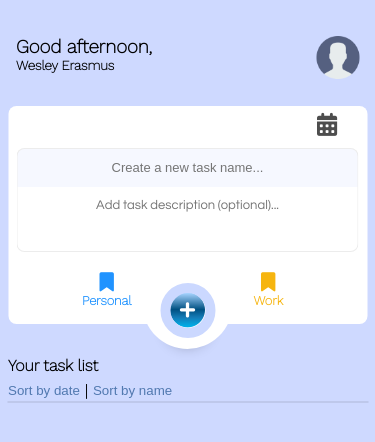
Repository: WesleyErasmus/Todo-App
Page: todoApp.html
The author's editor kept a copy of each file at every save. The page is drawn from the files as they stood at one save, then again after the next save.
The browser window is 375 px wide. The pictures show the whole page.
Some web libraries are served in a nearby version.

Above is the page before, as saved 2022-06-25 12:30:32.

### todoApp.html
<!DOCTYPE html>
<html lang="en">

<head>
    <meta charset="UTF-8">
    <meta http-equiv="X-UA-Compatible" content="IE=edge">
    <meta name="viewport" content="width=device-width, initial-scale=1.0">
    <title>Todo App</title>
    <script src="https://kit.fontawesome.com/81ea498f91.js" crossorigin="anonymous"></script>
    <link rel="stylesheet" href="/source/css/todoApp.css">
    <script src="/source/script/todoApp.js" defer></script>
</head>

<body>
    <!-- App wrapper -->
    <main class="app-wrapper">
        <!-- App header -->
        <header>
            <!-- Greeting and Name -->
            <div class="app-heading">
                <h3>Good afternoon, </h3>
                <h5>Wesley Erasmus</h5>
            </div>
            <!-- Profile picture -->
            <div id="profile-picture">
                <img src="/images/user.png" alt="" style="width: 43px;">
            </div>
        </header>

        <!-- Categories section -->
        <section>
            <form id="task-list-form">
                <div class="create-submit">
                    <span class="error-validation-message">Please enter a task title</span>
                    <!-- Task title input -->
                    <input type="text" name="title" id="title" placeholder="Create a new task name..." />
                    <!-- task description textarea -->
                    <textarea name="description" id="description" cols="30" rows="3" placeholder="Add task description (optional)..."></textarea>
                    <!-- Due date calendar icon -->
                    <span class="datePicker-toggle">
                        <span class="datePicker-toggle-button"></span>
                        <input type="date" name="date" class="datePicker-input">
                        <i class="fa-solid fa-calendar-days"></i>
                    </span>
                    <!-- Calendar tooltip message -->
                    <span class="calendar-tooltip">Add a due date</span>

                    <!-- task submit button -->
                    <button id="add-task-btn" type="submit" value="create-new-task">
                        <!-- add task button -->
                        <i class="fa-solid fa-circle-plus"></i>
                    </button>
                    <div class="circle"></div>
                </div>

                <!-- Categories -->
                <div class="category-selectors">
                    <!-- Personal category -->
                    <label class="personal-category-btn">
                        <input type="radio" name="category" value="Personal" class="personal-category"
                            id="personal-category" checked />
                        <i class="fa-solid fa-bookmark"></i>
                        <h4 class="category-h4">Personal</h4>
                    </label>
                    <!-- Work category -->
                    <label class="work-category-btn">
                        <input type="radio" name="category" value="Work" class="work-category" id="work-category" />
                        <i class="fa-solid fa-bookmark"></i>
                        <h4 class="category-h4">Work</h4>
                    </label>
                </div>
                <!-- End of categories div -->
                </div>
            </form>
        </section>

        <!-- Task list is created here, new tasks are outputted below -->
        <section class="todo-list-output">
            <div id="list-header">
                <div>Your task list</div>
            </div>
            <!-- SEARCH BAR AND FILTER SECTION -->
            <div id="search-filter-section">
                <!-- SEARCH BAR -->
                <!-- <form id="search-bar">
                <input type="text"
                id="search-bar"
                placeholder="Search for task...">
                <button type="submit"><i class="fa fa-search"
                id="search-submit-btn"></i></button>
                </form> -->
                <!-- filter dropdown  ***WORK IN PROGRESS*** -->
                <button id="sort-by-date" value="date" onclick="dateSort()">Sort by date</button>
                <p>|</p>
                <button id="sort-by-name" value="name" onclick="nameSort()">Sort by name</button>
            </div>
            <!-- Actual task list output -->
            <div class="task-list" id="task-list">

            </div>
            <!-- End of task list -->
        </section>
    </main> <!-- End of App wrapper -->

</body>

</html>

### source/css/todoApp.css
/* GOOGLE FONT IMPORT */
@import url("https://fonts.googleapis.com/css2?family=Questrial&family=Work+Sans:wght@200&display=swap");

/* MEDIA QUERIES */
/* Mobile screen */
/* @media only screen and (max-width: 400px) {} */
/* Tablet screen */
/* @media only screen and (min-width: 768px) {} */
/* Desktop screen */
/* @media only screen and (min-width: 992px) {} */



/* Imported Font families: */
/* font-family: "Work Sans", sans-serif; */
/* font-family: "Questrial", sans-serif; */

/* >>>>>>>>>>>>>>>>UPDATES CSS ROOT VARIABLES<<<<<<<<<<<<<<< */
/* *** CSS VARIABLES *** */
:root {
  --light-background: #fff;
  --work: #f6b50f;
  --personal: #2093ff;
  /* --placeholder-text: #aeaeaec7; */
  --grey: #a9a9a9;
  --dark-grey: #4d4d4d;

  /* GRADIENT COLORS */
  --primary-gradient: -webkit-linear-gradient(
    top,
    #a7d4ff 0%,
    #005081 47%,
    #147bb6 70%,
    #00abe5 94%,
    #02a8e4 100%
  );
  --background: rgb(206, 217, 255);
  --background-color: radial-gradient(
    circle,
    rgba(206, 217, 255, 1) 0%,
    rgba(195, 207, 251, 1) 50%,
    rgba(235, 238, 249, 1) 100%
  );

  --delete: radial-gradient(
    circle,
    rgb(255, 9, 9) 26%,
    rgba(255, 88, 88, 1) 58%,
    rgb(255, 0, 0) 61%,
    rgba(255, 67, 67, 1) 68%
  );

  /* BOX-SHADOW */
  --box-shadow: rgba(0, 0, 0, 0.05) 0px 6px 24px 0px,
    rgba(0, 0, 0, 0.08) 0px 0px 0px 1px;
  /* TEXT-SHADOW */
  --text-shadows: rgba(0, 0, 0, 0.24) 0px 3px 8px;
}
/* END OF CSS VARIABLES */

/* UNIVERSAL SELECTOR STYLING */
* {
  box-sizing: border-box;
  margin: 0;
  padding: 0;
  list-style: none;
}
/* END OF UNIVERSAL SELECTOR STYLING */

/* RADIO AND CHECKBOX INPUT STYLING */
/* Below removes input and checkbox default styling */
input:not([type="radio"]):not([type="checkbox"]),
button {
  appearance: none;
  border: none;
  outline: none;
  cursor: initial;
  background: none;
}
/* Removes the radio selector */
input[type="radio"] {
  display: none;
}
/* END OF RADIO AND CHECKBOX INPUT STYLING */

/* Removes textarea resize styling */
textarea {
  resize: none;
}

/* UNIVERSAL PLACEHOLDER TEXT STYLING */
::placeholder {
  /* >>>>>>>>>>>Style placeholder text here<<<<<<< */
}

/* UNIVERSAL BUTTON STYLING */
button {
  appearance: none;
  border: none;
  outline: none;
  background: none;
  cursor: initial;
  cursor: pointer;
}

body {
  font-family: "Questrial", sans-serif;
}
/* APP WRAPPER/CONTAINER STYLING */
main {
  position: absolute;
  left: 50%;
  margin-right: -50%;
  transform: translate(-50%);
  background: var(--background);
  background-image: var(--background-color);
  border-radius: 2rem;
  padding: 2rem 2rem 0.5rem 2rem;
  flex: 1 1 0%;
  align-items: center;
  justify-content: center;
  max-width: 550px;
  width: 100%;
  height: auto;
  margin-top: 20px;
}
/* END OF APP WRAPPER/CONTAINER STYLING */

/* Styling for section HTML tags */
section {
  margin-top: 1rem;
  margin-bottom: 2rem;
}

/* Makes mouse cursor change to pointer when hovering over all labels */
label {
  cursor: pointer;
}

/* HEADER STYLING (Greeting, name, and profile image) */
header {
  display: flex;
  justify-content: space-between;
  padding: 1rem 0rem 1rem 0rem;
}

.app-heading {
    font-family: "Work Sans", sans-serif;
}
/* END OF HEADER STYLING */

/* TASK USER INPUTS STYLING */
#task-list-form {
  background-color: var(--light-background);
  border-radius: 1rem;
  padding-top: 1.65rem;
  margin: 0;
}

/* ADD DUE DATE CALENDAR STYLING */
/* Calendar icon positioning */
.datePicker-toggle {
  display: inline-block;
  position: absolute;
  right: 30px;
  top: -20px;
}
/* Removes default date input styling */
.datePicker-input {
  position: absolute;
  left: 0;
  top: 0;
  width: 100%;
  height: 100%;
  opacity: 0;
  cursor: pointer;
  box-sizing: border-box;
}
/* Calendar Tooltip hover styling */
.datePicker-toggle:hover {
  opacity: 0.85;
}
/* Calendar click */
.datePicker-toggle:active {
  transform: translateY(1px);
}
/* Hover over calendar to make tooltip visible */
/* >>>>>>>>>>>>>>>>MAKE AND I information circle icon next to calendar<<<<<<< */
.datePicker-toggle:hover + .calendar-tooltip {
  visibility: visible;
  opacity: 1;
}
.datePicker-input::-webkit-calendar-picker-indicator {
  position: absolute;
  left: 0;
  top: 0;
  width: 100%;
  height: 100%;
  margin: 0;
  padding: 0;
  cursor: pointer;
}
/*Calendar Tooltip styling */
.calendar-tooltip {
  visibility: hidden;
  position: absolute;
  width: 140px;
  height: 30px;
  right: 35px;
  top: -60px;
  font-size: 0.85rem;
  background-color: #f7f9ff;
  color: var(--dark-grey);
  text-align: center;
  padding: 8px 0;
  border-radius: 7px;
  z-index: 1;
  box-shadow: var(--box-shadow);
  /* Tooltip fade effect */
  opacity: 0;
  transition: opacity 0.5s;
}
/* Tooltip styling - adds tooltip arrow */
.calendar-tooltip::after {
  content: "";
  position: absolute;
  top: 100%;
  left: 85%;
  margin-left: -5px;
  border-width: 5px;
  border-style: solid;
  border-color: #d6e0ff transparent transparent transparent;
}
/* Calendar tooltip font styling */
.task-due-date {
  font-size: 0.85rem;
  color: var(--grey);
}
/* END OF DUE DATE CALENDAR STYLING */

/* Container for input fields and the task submit button */
.create-submit {
  position: relative;
  display: flex;
  flex-direction: column;
  justify-content: center;
  align-items: center;
  text-align: center;
  margin-top: 0.5rem;
}
/* Title and description input field */
#title {
  background: rgb(246, 248, 255);
  display: block;
  width: 90%;
  font-size: 14px;
  text-align: center;
  border: 0.1px solid #ececec;
  border-top-left-radius: 0.5rem;
  border-top-right-radius: 0.5rem;
  border-bottom: none;
  padding: 0.9rem 0rem 0.9rem 0rem;
  margin-top: 15px;
}
/* TASK TITLE ERROR MESSAGE IF TITLE IS BLACK / FORM VALIDATION */
/* Error message tooltip styling */
.error-validation-message {
  visibility: hidden;
  position: absolute;
  width: 250px;
  height: 40px;
  right: 180px;
  top: -40px;
  font-size: 0.85rem;
  background-color: #f7f9ff;
  color: var(--dark-grey);
  text-align: center;
  padding: 13px 0;
  border-radius: 7px;
  z-index: 1;
  box-shadow: var(--box-shadow);
  transition: all 1s;
  /* Tooltip fade effect */
  -webkit-animation: fadeinout 8s linear forwards;
  animation: fadeinout 8s linear forwards;
}
/* Keyframes for error message fade out */
@keyframes fadeinout {
  100% { opacity: 0; }
  75% { opacity: 1; }
  50% { opacity: 1; }
  0% { opacity: 1; }
  }
@-webkit-keyframes fadeinout {
100% { opacity: 0; }
75% { opacity: 1; }
50% { opacity: 1; }
0% { opacity: 1; }
}
/*Error message tooltip arrow styling */
.error-validation-message::after {
  content: "";
  position: absolute;
  top: 100%;
  left: 65%;
  margin-left: -5px;
  border-width: 8px;
  border-style: solid;
  border-color: #d6e0ff transparent transparent transparent;
}
/* END OF ERROR MESSAGE STYLING */
#description {
  /* background-color: #ececec4e; */
  text-align: center;
  font-family: "Questrial", sans-serif;
  display: block;
  width: 90%;
  font-size: 14px;
  padding: 0.9rem;
  appearance: none;
  border: 0.1px solid #ececec;
  border-bottom-left-radius: 0.5rem;
  border-bottom-right-radius: 0.5rem;
  border-top: none;
  outline: none;
  cursor: initial;
}

/* Hover */
#title:hover,
#description:hover {
  border-radius: 0.5rem;
  /* background-color: #ececec4e; */
  background-color: #ececec4e;
  /* background: rgb(246, 248, 255); */
  width: 90%;
}
/* Add new task submit button */
#add-task-btn {
  z-index: 10;
  position: absolute;
  display: block;
  margin: 0 auto;
  bottom: -86px;
  color: #ffffff;
  background: var(--primary-gradient);
  -webkit-background-clip: text;
  -webkit-text-fill-color: transparent;
  border: 10px solid #cbd8ff;
  border-radius: 9999px;
  transition: all 0s;
}
/* Hover */
#add-task-btn:hover {
  opacity: 0.75;
  transform: translateY(-1px);
}
/* Click */
#add-task-btn:active {
  transform: translateY(1px);
}
/* Div circle container behind the task submit button */
.circle {
  z-index: -1;
  position: absolute;
  bottom: -142px;
  left: 50%;
  margin-right: -50%;
  transform: translate(-50%, -50%);
  width: 90px;
  height: 90px;
  background-color: var(--light-background);
  border-bottom-left-radius: 100px;
  border-bottom-right-radius: 100px;
  border: none;
  box-shadow: rgba(0, 0, 0, 0.45) 0px 20px 15px -25px;
}
/* Task submit button sizing */
.fa-circle-plus {
  font-size: 45px;
}
/* END OF TODO INPUTS AND SUBMIT BTN STYLING */

/* STYLING FOR CATEGORY BUTTONS, PERSONAL AND WORK */
.category-selectors {
  width: 90%;
  display: flex;
  margin: 0 auto;
  justify-content: center;
  align-items: center;
  border-bottom-left-radius: 1rem;
  border-bottom-right-radius: 1rem;
}
/* Category labels */
.category-selectors label {
  display: flex;
  flex-direction: column;
  justify-content: center;
  align-items: center;
  background-color: var(--light-background);
  padding: 0.75rem 2rem;
  border-radius: 0.5rem;
}
.category-h4 {
  font-family: "Work Sans", sans-serif;
}
/* Label in task-items */
.task-item-label {
  height: 30px;
}

/* Color for personal category button */
.personal-category-btn {
  color: var(--personal);
  border-bottom-left-radius: 1rem;
}
/* Color for work category button */
.work-category-btn {
  color: var(--work);
  border-bottom-right-radius: 1rem;
}
/* Category button styling */
.work-category-btn,
.personal-category-btn {
  font-size: 0.8em;
  width: 100%;
  height: 70px;
  border: none;
  outline: none;
  margin-top: 2px;
  transition: all 0s;
}
/* Click styling */
label.work-category-btn:active {
  transform: translateY(0.5px);
  background-color: #f6b50f3a;
  border-bottom-left-radius: 1rem;
  border-bottom-right-radius: 1rem;
}
/* Click styling */
label.personal-category-btn:active {
  transform: translateY(0.5px);
  background-color: #2093ff2b;
  border-bottom-left-radius: 1rem;
  border-bottom-right-radius: 1rem;
}
/* Hover styling */
.work-category-btn:hover,
.personal-category-btn:hover {
  opacity: 0.75;
  transform: translateY(-1px);
  background-color: #ececec4e;
}
/*END OF STYLING FOR CATEGORY BUTTONS */

/* HEADER FOR TASK LIST */
#list-header {
  font-family: "Work Sans", sans-serif;
  width: 80%;
  display: flex;
  justify-content: space-between;
  margin-bottom: 0;
  font-weight: bold;
  margin-bottom: 0.5rem;
}
/* END HEADER FOR TASK LIST */

/* CONTAINER FOR SEARCH BAR AND SEARCH BUTTONS */
#search-filter-section {
  display: flex;
  margin-bottom: 3px;
}
/* Sort buttons */
#sort-by-date,
#sort-by-name {
  color: #5179b0;
}
/* Hover */
#sort-by-date:hover,
#sort-by-name:hover {
  opacity: 0.75;
  text-decoration: underline;
}
/* Sort buttons margin styling */
#sort-by-date {
  margin-right: 5px;
}
#sort-by-name {
  margin-left: 5px;
}
/* END OF SORT BUTTONS */
/* END OF STYLING FOR SORT BUTTON */

/* >>>>>>>>>>>>REMOVE THIS?<<<<<<<<<<<<<<<<<<<< */
/* SEARCH BAR STYLING */
#search-bar {
  position: relative;
  display: flex;
  justify-content: center;
  align-items: center;
  width: 47%;
}
/* Search bar input field */
#search-bar input {
  display: block;
  width: 100%;
  font-size: 0.9rem;
  padding: 0.5rem 1.5rem;
  padding-right: 0rem;
  background-color: var(--light-background);
  border-radius: 0.5rem;
  margin-bottom: 1rem;
  box-shadow: var(--box-shadow);
}
/* Search submit button */
#search-submit-btn {
  position: absolute;
  display: block;
  right: 0rem;
  top: 0;
  background-color: var(--light-background);
  border-top-left-radius: 0.5rem;
  border-bottom-left-radius: 0.5rem;
  border-top-right-radius: 0.5rem;
  border-bottom-right-radius: 0.5rem;
  padding: 0.53rem;
  color: var(--grey);
}
/*END OF SEARCH BAR STYLING */

/* END OF CONTAINER FOR SEARCH BAR AND SEARCH BUTTONS */

/* TASK LIST WHERE NEW TASKS ARE DISPLAYED */
#task-list {
  border-radius: 1rem;
  background-color: var(--light-background);
  box-shadow: var(--box-shadow);
}
/* Task item styling (styling for each created task*/
#task-list .task-item {
  display: flex;
  justify-content: space-between;
  padding: 1.2rem 1.5rem;
  margin-bottom: 0rem;
  border-bottom: 0.01px solid rgba(229, 225, 225, 0.919);
}
/* Hover */
div.task-item:hover {
  border-radius: 0.5rem;
  background-color: #ececec4e !important;
}
/* Task title font sizing */
input.task-title {
  color: #141823;
  /* color: #5179b0; */
  font-weight: 540;
  font-size: 15px;
  width: 100%;
  margin-bottom: 5px;
}
/* Strike-through for completed tasks ***NOT WORKING ON TASK DESCRIPTION*** */
.task-item.completed .task-content input {
  text-decoration: line-through;
  color: var(--grey);
}
/* Task description styling */
div.task-description {
  display: none;
  max-height: 150px;
  /* >>>>>>>>>> STYLE SCROLL BAR <<<<<<<<<<<< */
  overflow: auto;
  font-size: 14px;
  padding: 6px 3px 5px;
  border-radius: 7px;
  color: #373D3F;
  line-height: 1.1;

}
/*Task content container styling which contains:
Task title, Task description, Show description button */
.task-content {
  width: 100%;
  margin-left: 20px;
}
/* Task item flex display */
.task-content .task-item {
  flex: 1 1 0%;
}
/* Task item styling */
.task-content .task-item .text {
  color: var(--dark-grey);
  width: 100%;
  display: block;
  transition: 0.4s;
}
/* END OF TASK LIST STYLING */

/* EDIT & DELETE BUTTON STYLING */
.edit,
.delete {
  position: relative;
  right: -10px;
  top: -7px;
  transition: all 0.1s;
  cursor: pointer;
  font-size: 0.8rem;
}
/* Edit & delete button container */
.edit-delete {
  display: flex;
  height: 30px;
  flex-direction: row;
  justify-content: flex-start;
}
/* Hover */
.edit:hover,
.delete:hover {
  opacity: 0.75;
}
/* Click */
.edit:active,
.delete:active,
.fa-floppy-disk:active {
  transform: translateY(1px);
}
/* END OF EDIT & DELETE BUTTON STYLING */

/* TASK DESCRIPTION SHOW / HIDE STYLING */
/* Show/hide button styling */
.show-hide-description {
  margin-bottom: 5px;
  font-size: 0.8rem;
  position: relative;
  color: #5179b0;
}
/* Hover */
.show-hide-description:hover {
  opacity: 0.75;
  text-decoration: underline;
}
/* Click */
.show-hide-description:active {
  color: var(--dark-grey);
}
/* END OF TASK DESCRIPTION BUTTON STYLING */

/* FONT-AWESOME ICON STYLING */
/* EDIT BUTTON STYLING */
.fa-pencil {
  font-size: 1.1rem;
  margin: 5px;
  background: rgb(100,134,255);
  background: linear-gradient(90deg, rgb(38, 85, 255) 21%, rgb(75, 114, 255) 39%, rgb(107, 137, 255) 62%, rgb(35, 83, 255) 86%);
  -webkit-background-clip: text;
  -webkit-text-fill-color: transparent;
}
/* DELETE BUTTON STYLING */
.fa-trash {
  font-size: 1.1rem;
  margin: 5px;
  background: var(--delete);
  -webkit-background-clip: text;
  -webkit-text-fill-color: transparent;
}
/* SAVE BUTTON STYLING */
.fa-floppy-disk {
  font-size: 1.1rem;
  margin: 5px;
  background: var(--primary-gradient);
  -webkit-background-clip: text;
  -webkit-text-fill-color: transparent;
}
/* Category bookmark styling (icon color is styled in .personal-category-btn & .work-category-btn) */
.fa-bookmark {
  font-size: 1.2rem;
  margin-top: 3px;
}
/* Calendar icon */
.fa-calendar-days {
  font-size: 23px;
  color: var(--dark-grey);
}
/* END OF FONT-AWESOME BUTTON STYLING */

/* Mobile screen display */
@media only screen and (max-width: 400px) {

  body {
    background: var(--background);
    background-image: var(--background-color);
  }

  main {
    background-image: none;
    background: none;
    border-radius: none;
    padding: 0.5rem;
    flex: 1 1 0%;
    align-items: center;
    justify-content: center;
    width: 100%;
    height: auto;
    margin-top: 20px;
  }

  /* END OF APP WRAPPER/CONTAINER STYLING */

header {
  padding: 0.5rem;
}

/* TASK USER INPUTS STYLING */
#task-list-form {
  background-color: var(--light-background);
  border-radius: 0.5rem;
  padding-top: 1.5rem;
}
/* >>>>>>>>>>>>>STYLE ONCE INTERNET IS BACK ON<<<<<<<<<<<<<<<<< */
/* ADD DUE DATE CALENDAR STYLING */
/* Calendar icon positioning */
.datePicker-toggle {
  display: inline-block;
  position: absolute;
  right: 30px;
  top: -20px;
}
/* Removes default date input styling */
.datePicker-input {
  position: absolute;
  left: 0;
  top: 0;
  width: 100%;
  height: 100%;
  opacity: 0;
  cursor: pointer;
  box-sizing: border-box;
}
/* Calendar Tooltip hover styling */
.datePicker-toggle:hover {
  opacity: 0.85;
}
/* Calendar click */
.datePicker-toggle:active {
  transform: translateY(1px);
}
/* Hover over calendar to make tooltip visible */
/* >>>>>>>>>>>>>>>>MAKE AND I information circle icon next to calendar<<<<<<< */
.datePicker-toggle:hover + .calendar-tooltip {
  visibility: visible;
  opacity: 1;
}
.datePicker-input::-webkit-calendar-picker-indicator {
  position: absolute;
  left: 0;
  top: 0;
  width: 100%;
  height: 100%;
  margin: 0;
  padding: 0;
  cursor: pointer;
}
/*Calendar Tooltip styling */
.calendar-tooltip {
  visibility: hidden;
  position: absolute;
  width: 140px;
  height: 30px;
  right: 35px;
  top: -60px;
  font-size: 0.85rem;
  background-color: #f7f9ff;
  color: var(--dark-grey);
  text-align: center;
  padding: 8px 0;
  border-radius: 7px;
  z-index: 1;
  box-shadow: var(--box-shadow);
  /* Tooltip fade effect */
  opacity: 0;
  transition: opacity 0.5s;
}
/* Tooltip styling - adds tooltip arrow */
.calendar-tooltip::after {
  content: "";
  position: absolute;
  top: 100%;
  left: 85%;
  margin-left: -5px;
  border-width: 5px;
  border-style: solid;
  border-color: #d6e0ff transparent transparent transparent;
}
/* Calendar tooltip font styling */
.task-due-date {
  font-size: 0.85rem;
  color: var(--grey);
}
/* END OF DUE DATE CALENDAR STYLING */

/* Container for input fields and the task submit button */
.create-submit {
  margin-top: 0.2rem;
}
/* Title and description input field */
#title {
  background: rgb(246, 248, 255);
  width: 95%;
  font-size: 13px;
  padding: 0.7rem 0rem 0.7rem 0rem;
}
/* TASK TITLE ERROR MESSAGE IF TITLE IS BLACK / FORM VALIDATION */
/* Error message tooltip styling */
.error-validation-message {
  right: 100px;
}
#description {
  width: 95%;
  font-size: 13px;
  padding: 0.7rem;
}
/* >>>>>>>>>STYLE WHEN INTERNET IS BACK ON<<<<<<<<<<<<<< */
/* Add new task submit button */
#add-task-btn {
  z-index: 10;
  bottom: -86px;
  border: 10px solid #cbd8ff;
  transition: all 0s;
}
/* Hover */
#add-task-btn:active {
  transform: translateY(1px);
}
/* Div circle container behind the task submit button */
.circle {
  z-index: -1;
  position: absolute;
  bottom: -142px;
  left: 50%;
  margin-right: -50%;
  transform: translate(-50%, -50%);
  width: 90px;
  height: 90px;
  background-color: var(--light-background);
  border-bottom-left-radius: 100px;
  border-bottom-right-radius: 100px;
  border: none;
  box-shadow: rgba(0, 0, 0, 0.45) 0px 20px 15px -25px;
}
/* Task submit button sizing */
.fa-circle-plus {
  font-size: 35px;
}
/* END OF TODO INPUTS AND SUBMIT BTN STYLING */

/* STYLING FOR CATEGORY BUTTONS, PERSONAL AND WORK */
.category-selectors {
  width: 90%;
  display: flex;
  margin: 0 auto;
  justify-content: center;
  align-items: center;
  border-bottom-left-radius: 1rem;
  border-bottom-right-radius: 1rem;
}
/* Category labels */
.category-selectors label {
  display: flex;
  flex-direction: column;
  justify-content: center;
  align-items: center;
  background-color: var(--light-background);
  padding: 0.75rem 2rem;
  border-radius: 0.5rem;
}
.category-h4 {
  font-family: "Work Sans", sans-serif;
}
/* Label in task-items */
.task-item-label {
  height: 30px;
}

/* Color for personal category button */
.personal-category-btn {
  color: var(--personal);
  border-bottom-left-radius: 1rem;
}
/* Color for work category button */
.work-category-btn {
  color: var(--work);
  border-bottom-right-radius: 1rem;
}
/* Category button styling */
.work-category-btn,
.personal-category-btn {
  font-size: 0.8em;
  width: 100%;
  height: 70px;
  border: none;
  outline: none;
  margin-top: 2px;
  transition: all 0s;
}
/* Click styling */
label.work-category-btn:active {
  transform: translateY(0.5px);
  background-color: #f6b50f3a;
  border-bottom-left-radius: 1rem;
  border-bottom-right-radius: 1rem;
}
/* Click styling */
label.personal-category-btn:active {
  transform: translateY(0.5px);
  background-color: #2093ff2b;
  border-bottom-left-radius: 1rem;
  border-bottom-right-radius: 1rem;
}
/* Hover styling */
.work-category-btn:hover,
.personal-category-btn:hover {
  opacity: 0.75;
  transform: translateY(-1px);
  background-color: #ececec4e;
}
/*END OF STYLING FOR CATEGORY BUTTONS */

/* HEADER FOR TASK LIST */
#list-header {
  font-family: "Work Sans", sans-serif;
  width: 80%;
  display: flex;
  justify-content: space-between;
  margin-bottom: 0;
  font-weight: bold;
  margin-bottom: 0.5rem;
}
/* END HEADER FOR TASK LIST */

/* CONTAINER FOR SEARCH BAR AND SEARCH BUTTONS */
#search-filter-section {
  display: flex;
  margin-bottom: 3px;
}
/* Sort buttons */
#sort-by-date,
#sort-by-name {
  color: #5179b0;
}
/* Hover */
#sort-by-date:hover,
#sort-by-name:hover {
  opacity: 0.75;
  text-decoration: underline;
}
/* Sort buttons margin styling */
#sort-by-date {
  margin-right: 5px;
}
#sort-by-name {
  margin-left: 5px;
}
/* END OF SORT BUTTONS */
/* END OF STYLING FOR SORT BUTTON */

/* >>>>>>>>>>>>REMOVE THIS?<<<<<<<<<<<<<<<<<<<< */
/* SEARCH BAR STYLING */
#search-bar {
  position: relative;
  display: flex;
  justify-content: center;
  align-items: center;
  width: 47%;
}
/* Search bar input field */
#search-bar input {
  display: block;
  width: 100%;
  font-size: 0.9rem;
  padding: 0.5rem 1.5rem;
  padding-right: 0rem;
  background-color: var(--light-background);
  border-radius: 0.5rem;
  margin-bottom: 1rem;
  box-shadow: var(--box-shadow);
}
/* Search submit button */
#search-submit-btn {
  position: absolute;
  display: block;
  right: 0rem;
  top: 0;
  background-color: var(--light-background);
  border-top-left-radius: 0.5rem;
  border-bottom-left-radius: 0.5rem;
  border-top-right-radius: 0.5rem;
  border-bottom-right-radius: 0.5rem;
  padding: 0.53rem;
  color: var(--grey);
}
/*END OF SEARCH BAR STYLING */

/* END OF CONTAINER FOR SEARCH BAR AND SEARCH BUTTONS */

/* TASK LIST WHERE NEW TASKS ARE DISPLAYED */
#task-list {
  border-radius: 1rem;
  background-color: var(--light-background);
  box-shadow: var(--box-shadow);
}
/* Task item styling (styling for each created task*/
#task-list .task-item {
  display: flex;
  justify-content: space-between;
  padding: 1.2rem 1.5rem;
  margin-bottom: 0rem;
  border-bottom: 0.01px solid rgba(229, 225, 225, 0.919);
}
/* Hover */
div.task-item:hover {
  border-radius: 0.5rem;
  background-color: #ececec4e !important;
}
/* Task title font sizing */
input.task-title {
  color: #141823;
  /* color: #5179b0; */
  font-weight: 540;
  font-size: 15px;
  width: 100%;
  margin-bottom: 5px;
}
/* Strike-through for completed tasks ***NOT WORKING ON TASK DESCRIPTION*** */
.task-item.completed .task-content input {
  text-decoration: line-through;
  color: var(--grey);
}
/* Task description styling */
div.task-description {
  display: none;
  max-height: 150px;
  /* >>>>>>>>>> STYLE SCROLL BAR <<<<<<<<<<<< */
  overflow: auto;
  font-size: 14px;
  padding: 6px 3px 5px;
  border-radius: 7px;
  color: #373D3F;
  line-height: 1.1;

}
/*Task content container styling which contains:
Task title, Task description, Show description button */
.task-content {
  width: 100%;
  margin-left: 20px;
}
/* Task item flex display */
.task-content .task-item {
  flex: 1 1 0%;
}
/* Task item styling */
.task-content .task-item .text {
  color: var(--dark-grey);
  width: 100%;
  display: block;
  transition: 0.4s;
}
/* END OF TASK LIST STYLING */

/* EDIT & DELETE BUTTON STYLING */
.edit,
.delete {
  position: relative;
  right: -10px;
  top: -7px;
  transition: all 0.1s;
  cursor: pointer;
  font-size: 0.8rem;
}
/* Edit & delete button container */
.edit-delete {
  display: flex;
  height: 30px;
  flex-direction: row;
  justify-content: flex-start;
}
/* Hover */
.edit:hover,
.delete:hover {
  opacity: 0.75;
}
/* Click */
.edit:active,
.delete:active,
.fa-floppy-disk:active {
  transform: translateY(1px);
}
/* END OF EDIT & DELETE BUTTON STYLING */

/* TASK DESCRIPTION SHOW / HIDE STYLING */
/* Show/hide button styling */
.show-hide-description {
  margin-bottom: 5px;
  font-size: 0.8rem;
  position: relative;
  color: #5179b0;
}
/* Hover */
.show-hide-description:hover {
  opacity: 0.75;
  text-decoration: underline;
}
/* Click */
.show-hide-description:active {
  color: var(--dark-grey);
}
/* END OF TASK DESCRIPTION BUTTON STYLING */

/* FONT-AWESOME ICON STYLING */
/* EDIT BUTTON STYLING */
.fa-pencil {
  font-size: 1.1rem;
  margin: 5px;
  background: rgb(100,134,255);
  background: linear-gradient(90deg, rgb(38, 85, 255) 21%, rgb(75, 114, 255) 39%, rgb(107, 137, 255) 62%, rgb(35, 83, 255) 86%);
  -webkit-background-clip: text;
  -webkit-text-fill-color: transparent;
}
/* DELETE BUTTON STYLING */
.fa-trash {
  font-size: 1.1rem;
  margin: 5px;
  background: var(--delete);
  -webkit-background-clip: text;
  -webkit-text-fill-color: transparent;
}
/* SAVE BUTTON STYLING */
.fa-floppy-disk {
  font-size: 1.1rem;
  margin: 5px;
  background: var(--primary-gradient);
  -webkit-background-clip: text;
  -webkit-text-fill-color: transparent;
}
/* Category bookmark styling (icon color is styled in .personal-category-btn & .work-category-btn) */
.fa-bookmark {
  font-size: 1.2rem;
  margin-top: 3px;
}
/* Calendar icon */
.fa-calendar-days {
  font-size: 23px;
  color: var(--dark-grey);
}

}

Loaded but not shown: source/script/todoApp.js (244 lines, source omitted)

After the next save:
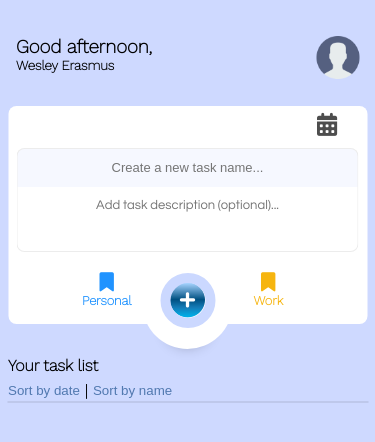
Saved 17 s later.
--- a/source/css/todoApp.css
+++ b/source/css/todoApp.css
@@ -822,7 +822,7 @@ header {
 /* Add new task submit button */
 #add-task-btn {
   z-index: 10;
-  bottom: -86px;
+  bottom: -76px;
   border: 10px solid #cbd8ff;
   transition: all 0s;
 }
